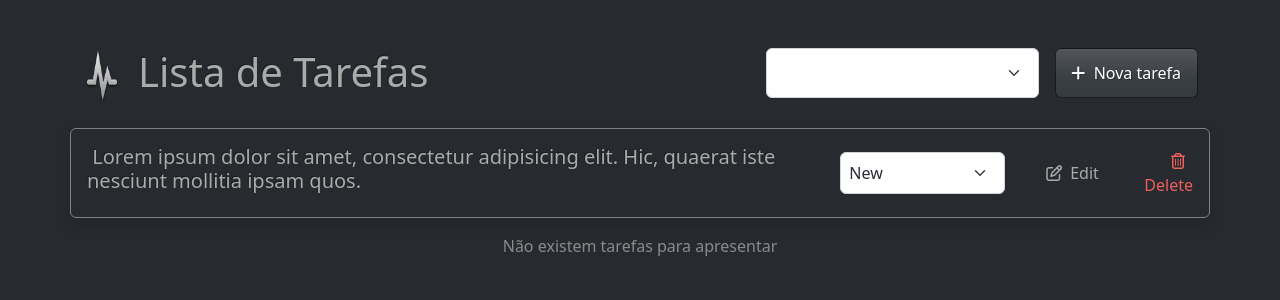
Repository: cargugati/lista_tarefas
Page: frontEnd/index.html
An editor plug-in stored every save of this project. The page is shown before and after a run of saves, followed by the edit.
The browser window is 1280 px wide. The pictures show the whole page.

Above is the page before, as saved 2023-03-18 22:55:12.

### frontEnd/index.html
<!DOCTYPE html>
<html lang="pt-br">

<head>
  <meta charset="UTF-8">
  <meta http-equiv="X-UA-Compatible" content="IE=edge">
  <meta name="viewport" content="width=device-width, initial-scale=1.0">
  <title>Lista de Tarefas</title>
  <link rel="stylesheet" href="./assets/css/bootstrap.min.css">
  <link rel="stylesheet" href="./assets/fontawesome/css/all.min.css">
  <link rel="shortcut icon" href="./assets/images/favicon.png" type="image/png">
</head>

<body>
  <div class="container my-5">

    <!-- cabeçalho -->
    <div class="row mb-4">
      <div class="col">
        <div class="d-flex justify-content-start">
          <img src="./assets/images/favicon.png" alt="Logo" class="img-fluid me-3" width="40px">
          <h1>Lista de Tarefas</h1>
        </div>

      </div>
      <div class="col text-end">
        <div class="d-flex justify-content-end">
          <select id="select_filter" class="form-select w-50 p-2 me-3">
            <option value=""></option>
            <option value="1">filtro 1</option>
          </select>
          <a href="new_task.html" class="btn btn-primary"><i class="fa-solid fa-plus me-2"></i>Nova tarefa</a>
        </div>
      </div>
    </div>

    <!-- aspecto visual de uma tarefa -->
    <div class="row mb-3">
      <div class="col-12 border border-secondary rounded p-3 shadow">
        <div class="row align-items-center">
          <div class="col-8">
            <h5><i class="fa-solid fa"></i>
            Lorem ipsum dolor sit amet, consectetur adipisicing elit. Hic, quaerat iste nesciunt mollitia ipsam
              quos.
            </h5>
          </div>
          <div class="col-2">
            <select id="task_status" class="form-select p-2">
              <option value="new">New</option>
              <option value="in progress">In progress</option>
              <option value="canceled">Canceled</option>
              <option value="done">Done</option>
            </select>
          </div>
          <div class="col-1 text-end"><i class="fa-regular fa-pen-to-square me-2"></i>Edit</div>
          <div class="col-1 text-end text-danger"><i class="fa-regular fa-trash-can me-2"></i>Delete</div>
        </div>
      </div>
    </div>


    <!-- sem tarefa -->
    <div class="row " id="no_tasks">
      <div class="col text-center">
        <span class="opacity-75">Não existem tarefas para apresentar</span>
      </div>
    </div>
  </div>


  <script src="./assets/js/bootstrap.bundle.min.js"></script>
</body>

</html>

Loaded but not shown: frontEnd/assets/css/bootstrap.min.css (library); frontEnd/assets/fontawesome/css/all.min.css (library); frontEnd/assets/js/bootstrap.bundle.min.js (library)

After the next 2 saves:
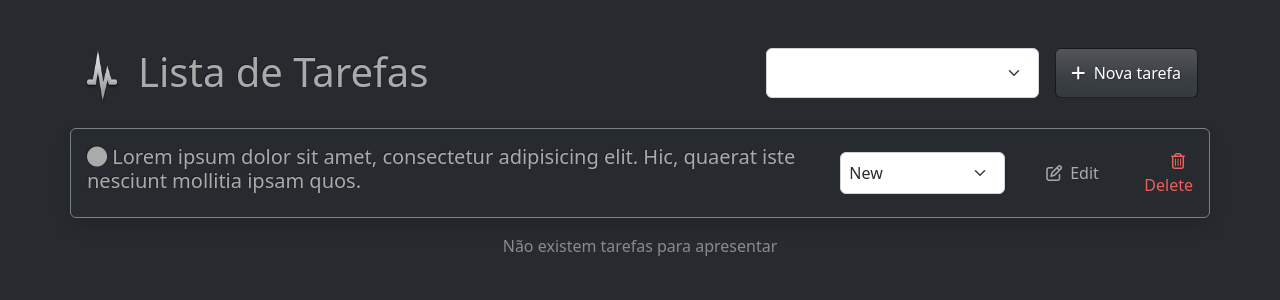
The 2 saves are shown as one change because they came seconds apart.
The last was saved 6 s later.
--- a/frontEnd/index.html
+++ b/frontEnd/index.html
@@ -39,7 +39,7 @@
       <div class="col-12 border border-secondary rounded p-3 shadow">
         <div class="row align-items-center">
           <div class="col-8">
-            <h5><i class="fa-solid fa"></i>
+            <h5><i class="fa-solid fa-circle"></i>
             Lorem ipsum dolor sit amet, consectetur adipisicing elit. Hic, quaerat iste nesciunt mollitia ipsam
               quos.
             </h5>

After the 2 saves that followed:
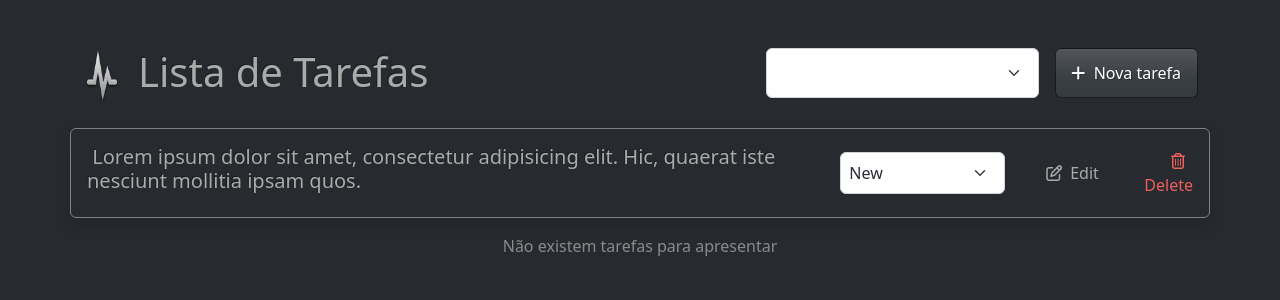
The 2 saves are shown as one change because they came seconds apart.
The last was saved 25 s later.
--- a/frontEnd/index.html
+++ b/frontEnd/index.html
@@ -39,7 +39,7 @@
       <div class="col-12 border border-secondary rounded p-3 shadow">
         <div class="row align-items-center">
           <div class="col-8">
-            <h5><i class="fa-solid fa-circle"></i>
+            <h5><i class="fa-solid fa-circle-che"></i>
             Lorem ipsum dolor sit amet, consectetur adipisicing elit. Hic, quaerat iste nesciunt mollitia ipsam
               quos.
             </h5>
